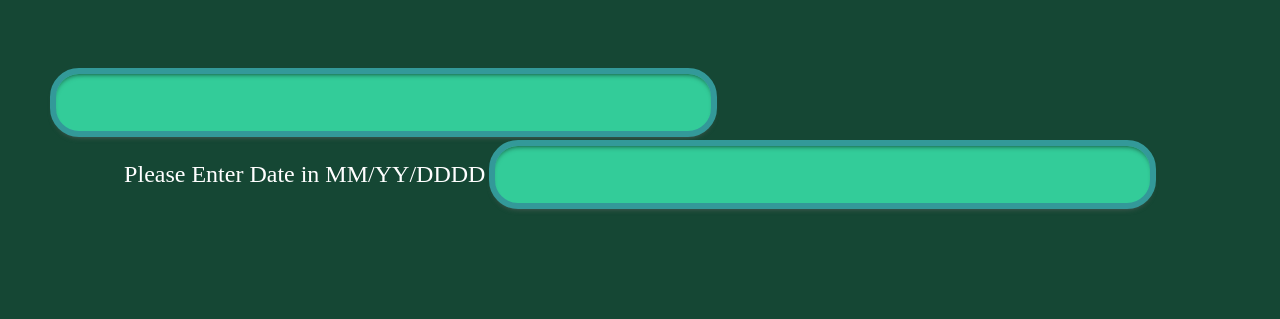
Repository: prajaktamore/Web-Based-Programming-3
Page: http://localhost/BinaryCalculator/Retention.jsp
The author's editor kept a copy of each file at every save. The page is drawn from the files as they stood at one save, then again after the next save.
The browser window is 1280 px wide. The pictures show the whole page.
The page is served by Tomcat 9.

Above is the page before, as saved 2014-05-03 07:59:13.

After the next save:
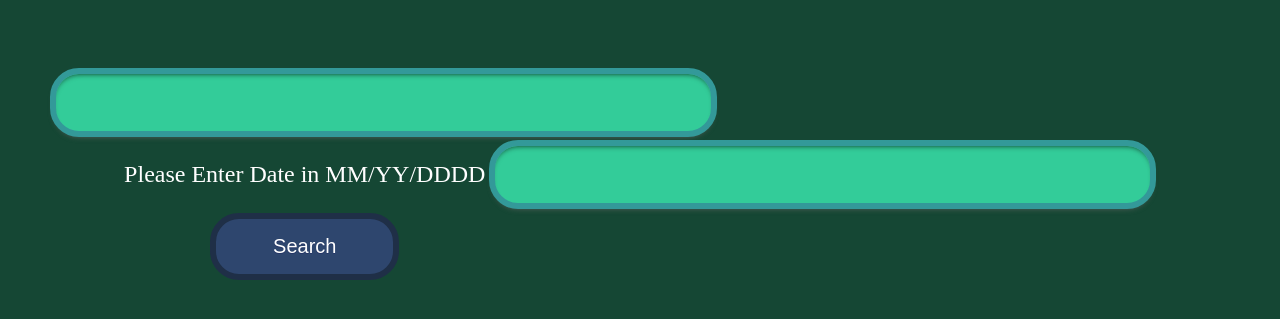
Saved 5 s later.
--- a/BinaryCalculator/WebContent/Retention.jsp
+++ b/BinaryCalculator/WebContent/Retention.jsp
@@ -59,7 +59,7 @@ function validateform1() {
              			 <td align="center"> <input id="r1" name="r1" type="text"  onchange="validateform1()" style ="background: #33CC99; height:55px; width: 600px;text-align:right;font-size:35px; border-radius: 2em; border:6px solid #339999;border-radius:29px; color: #fff; padding-left: 1.5em; outline: none; box-shadow: 0 4px 6px -5px hsl(0, 0%, 40%), inset 0px 4px 6px -5px hsl(0, 0%, 2%)"/></td>
  					</tr>
   					<tr>
-						<td align="center"><input type="submit" name="Search" value="Search" style="visibility:hidden;background-color: #2e466e; color: #ffff; border-radius: 10px;border:6px solid #1f2f47;border-radius:29px;padding:16px 57px;text-shadow:0px 1px 0px #263666;font-size:20px;">
+						<td align="center"><input type="submit" name="Search" value="Search" style="background-color: #2e466e; color: #ffff; border-radius: 10px;border:6px solid #1f2f47;border-radius:29px;padding:16px 57px;text-shadow:0px 1px 0px #263666;font-size:20px;">
 					</tr>
  </table>
  </form>
